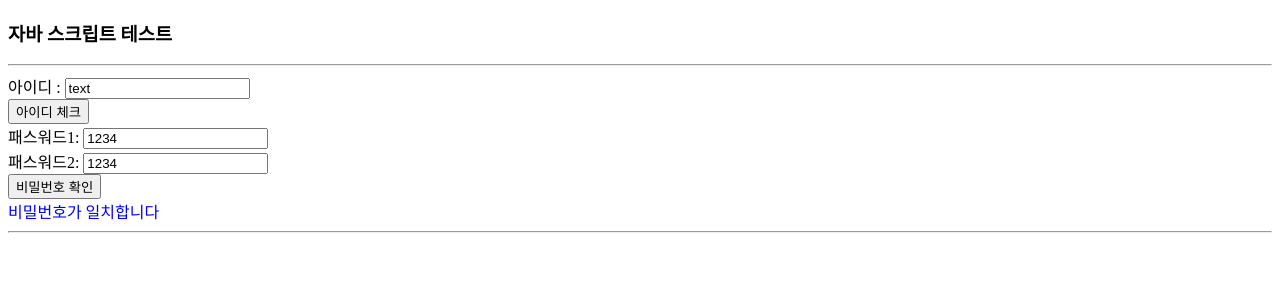
Repository: syshin0116/data2
Page: http://localhost/spring04/jsp2.jsp
An editor plug-in stored every save of this project. The page is shown before and after the next save, followed by the edit.
The browser window is 1280 px wide. The pictures show the whole page.
After loading, the first visible `button[onclick="pwCheck()"]` was clicked once.
The page is served by Tomcat 9. Other server files are loaded and not shown.

Above is the page before, as saved 2022-02-17 03:00:55.

### spring04/src/main/webapp/jsp2.jsp
<%@ page language="java" contentType="text/html; charset=UTF-8"
    pageEncoding="UTF-8"%>

<!DOCTYPE html>
<html>
<head>
<meta charset="UTF-8">
<title>Insert title here</title>
<script type="text/javascript">
function idCheck(){
	//id에 입력한 값을 가지고 와서 글자수가 5 미만이면 다시 작성하세요. 메시지
	//Documemt document = new Document();
	//미리 객체를 생성해놨음. -> 내장된 객체
	//window:브라우저 전체
	//document: body태그 부분
	//console: 개발할대 확인하는 창 (f12)
	//location: 주소부분, location.href=""
	//history: 탐색 history
	idValue = document.getElementById("id").value;
	idCheckResult = document.getElementById("idCheckResult");
	if(idValue.length < 5){
		console.log("5미만입니다.");
		result = "5글자 미만입니다. 재입력해주세요";
		idCheckResult.style.color = "red";
		document.getElementById("id").value="";
		document.getElementById("id").focus();

	}else{
		result = "5글자 이상입니다. 유효합니다";
		idCheckResult.style.color = "green";
	}
	idCheckResult.innerHTML=result;
}
function pwCheck(){
	pwCheckResult = document.getElementById("pwCheckResult");
	if(document.getElementById("pw1").value == document.getElementById("pw2").value){
		result = "비밀번호가 일치합니다";
		pwCheckResult.style.color = "blue";
	}else{
		result = "<span style='color:red'>비밀번호가 불일치합니다</span><img src='resources/img/no.png'>";
		//pwCheckResult.style.color = "red";
		document.getElementById("pw1").focus();
		document.getElementById("pw1").value="";
		document.getElementById("pw2").value="";

	}
	pwCheckResult.innerHTML=result;
}
</script>
</head>
<body>
<h3>자바 스크립트 테스트</h3>
<hr>
아이디 : <input name="id" id="id" value="text"><br>
<button onclick="idCheck()">아이디 체크</button><br>
<div id="idCheckResult"></div>
패스워드1: <input name="pw1" id="pw1" value="1234"><br>
패스워드2: <input name="pw2" id="pw2" value="1234"><br>
<button onclick="pwCheck()">비밀번호 확인</button>
<div id="pwCheckResult"></div>
<hr>

</body>
</html>

After the next save:
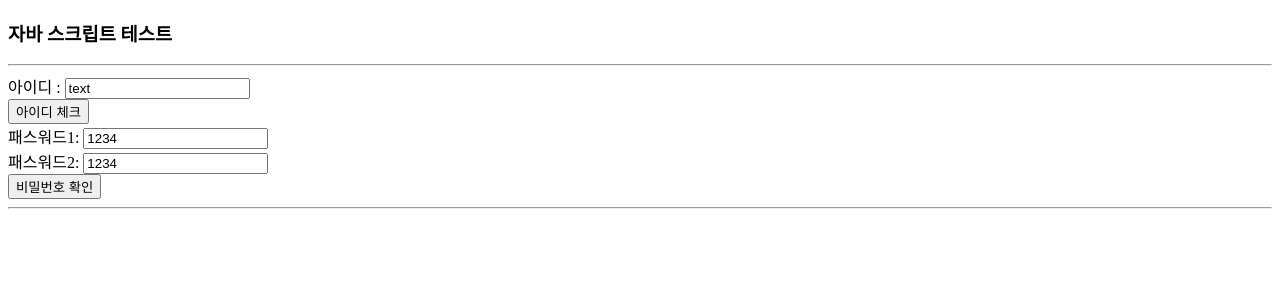
Saved 42 s later.
--- a/spring04/src/main/webapp/jsp2.jsp
+++ b/spring04/src/main/webapp/jsp2.jsp
@@ -34,8 +34,9 @@ function idCheck(){
 function pwCheck(){
 	pwCheckResult = document.getElementById("pwCheckResult");
 	if(document.getElementById("pw1").value == document.getElementById("pw2").value){
-		result = "비밀번호가 일치합니다";
-		pwCheckResult.style.color = "blue";
+		result = "<span style='color:blu'>비밀번호가 일치합니다</span><img src='resources/img/ok.jpg'>";
+		result = "";
+		//pwCheckResult.style.color = "blue";
 	}else{
 		result = "<span style='color:red'>비밀번호가 불일치합니다</span><img src='resources/img/no.png'>";
 		//pwCheckResult.style.color = "red";
